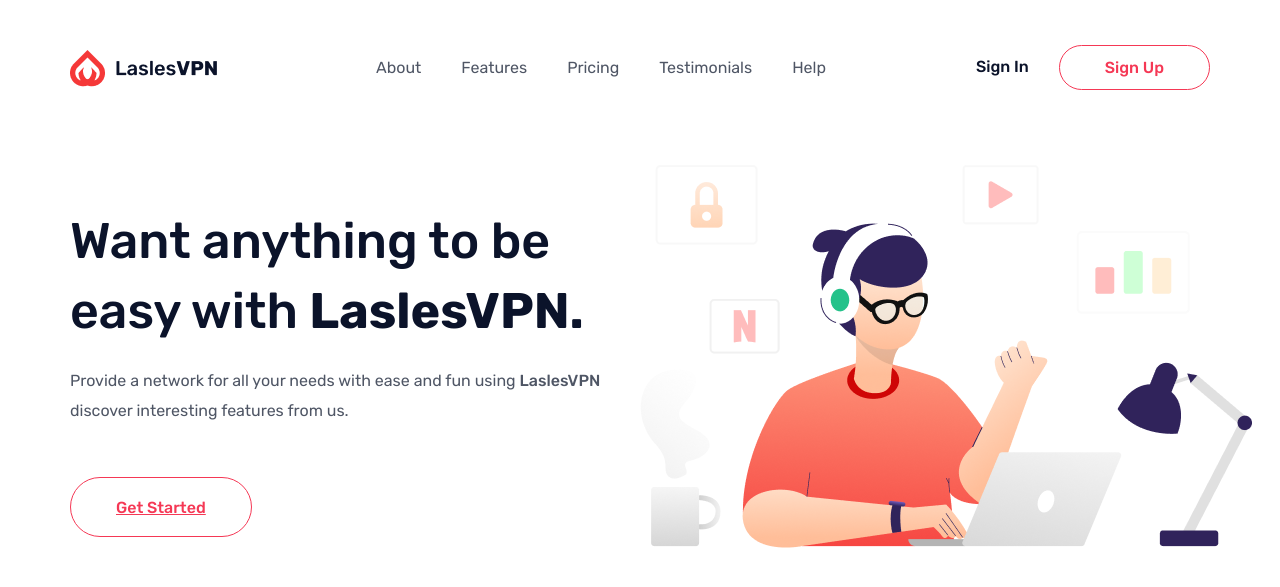
Repository: nafiesallahu/beetroot-fe-g1
Page: Homework10/index.html
The author's editor kept a copy of each file at every save. The page is drawn from the files as they stood at one save, then again after the next save.
The browser window is 1280 px wide. The pictures show the whole page.

Above is the page before, as saved 2021-01-27 19:30:38.

### Homework10/index.html
<!DOCTYPE html>
<html lang="en">

<head>
  <meta charset="UTF-8">
  <meta name="viewport" content="width=device-width, initial-scale=1.0">
  <title>Lasless VPN</title>
  <link rel="preconnect" href="https://fonts.gstatic.com">
  <link href="https://fonts.googleapis.com/css2?family=Rubik:ital,wght@0,400;0,500;0,700;1,400;1,500;1,700&display=swap" rel="stylesheet">
  <link rel="stylesheet" href="./styles/style.css">
</head>

<body>
  <header class="main-header">
    <div class="container">
      <a href="index.html" class="logo">
        <img src="images/Logo.png" alt="LaslesVPN">
      </a>
      <nav class="main-nav">
        <ul>
          <li><a href="#">About</a></li>
          <li><a href="#">Features</a></li>
          <li><a href="#">Pricing</a></li>
          <li><a href="#">Testimonials</a></li>
          <li><a href="#">Help</a></li>
        </ul>
        <div class="nav-buttons">
          <a href="#" class="btn btn--link">Sign In</a>
          <a href="#" class="btn">Sign Up</a>
        </div>
      </nav>
    </div>
  </header>
  <main class="main-content">
    <section class="hero">
      <div class="container">
        <div class="hero__text">
          <h1>Want anything to be easy with <span>LaslesVPN.</span></h1>
          <p>Provide a network for all your needs with ease and fun using <span>LaslesVPN</span> discover interesting features from us.</p>
          <a href="#" class="btn">Get Started</a>
        </div>
        <div class="hero__image">
          <img src="images/illustration_1.png" alt="illustration_1.png">
        </div>
      </div>
    </section>
  </main>
</body>

</html>

### Homework10/styles/style.css
/* http://meyerweb.com/eric/tools/css/reset/
   v2.0 | 20110126
   License: none (public domain)
*/

html, body, div, span, applet, object, iframe,
h1, h2, h3, h4, h5, h6, p, blockquote, pre,
a, abbr, acronym, address, big, cite, code,
del, dfn, em, img, ins, kbd, q, s, samp,
small, strike, strong, sub, sup, tt, var,
b, u, i, center,
dl, dt, dd, ol, ul, li,
fieldset, form, label, legend,
table, caption, tbody, tfoot, thead, tr, th, td,
article, aside, canvas, details, embed,
figure, figcaption, footer, header, hgroup,
menu, nav, output, ruby, section, summary,
time, mark, audio, video {
	margin: 0;
	padding: 0;
	border: 0;
	font-size: 100%;
	font: inherit;
	vertical-align: baseline;
}
/* HTML5 display-role reset for older browsers */
article, aside, details, figcaption, figure,
footer, header, hgroup, menu, nav, section {
	display: block;
}
body {
	line-height: 1;
}
ol, ul {
	list-style: none;
}
blockquote, q {
	quotes: none;
}
blockquote:before, blockquote:after,
q:before, q:after {
	content: '';
	content: none;
}
table {
	border-collapse: collapse;
	border-spacing: 0;
}

/* ========================================================== */

* {
  box-sizing: border-box;
}

body {
  font-family: 'Rubik', sans-serif;
}
.main-header {
  float: left;
  width: 100%;
  padding-top: 45px;
  padding-bottom: 45px;
}
.container {
  width: 100%;
  max-width: 1140px;
  margin:0 auto;
}
.main-nav a {
  text-decoration: none;
}
.main-nav ul {
  float: left;
  margin-left: 157px;
  padding-top: 13px;
}
.main-nav ul li {
  margin-right: 40px;
  float: left;
}
.main-nav ul li a{
  font-size: 16px;
  line-height: 19px;
  color: #4F5665;
}
.logo {
  float: left;
  margin-top:5px;
}
.nav-buttons {
  float: right;
}
.btn {
  color: #F53855;
  font-size: 16px;
  padding-left: 45px;
  padding-right: 45px;
  height: 45px;
  line-height: 43px;
  border: 1px solid #F53855;
  float: left;
  border-radius: 50px;
  font-weight: 500;
}
.btn--link {
  padding-left: 0;
  padding-right: 0;
  border:0;
  margin-right:30px;
  color: #0B132A;
}

/* HERO */
.hero {
  float: left;
  width: 100%;
}
.hero__text {
  float: left;
  width:50%;
  padding-top:71px;
}
.hero__image {
  float: left;
  width:50%;
  padding-top:30px;

}

.hero__text h1 {
  font-weight: 500;
  font-size: 50px;
  line-height: 70px;
  color: #0B132A;
  margin-bottom: 20px;
}
.hero__text p {
  font-size: 16px;
  color: #4F5665;
  line-height: 1.9em;
  margin-bottom: 50px;
}
.hero__text h1 span {
  font-weight: bold;
}
.hero__text p span {
  font-weight: 500;
}

.hero__text .btn {
  float: left;
  height: 60px;
  line-height: 60px;
}

After the next save:
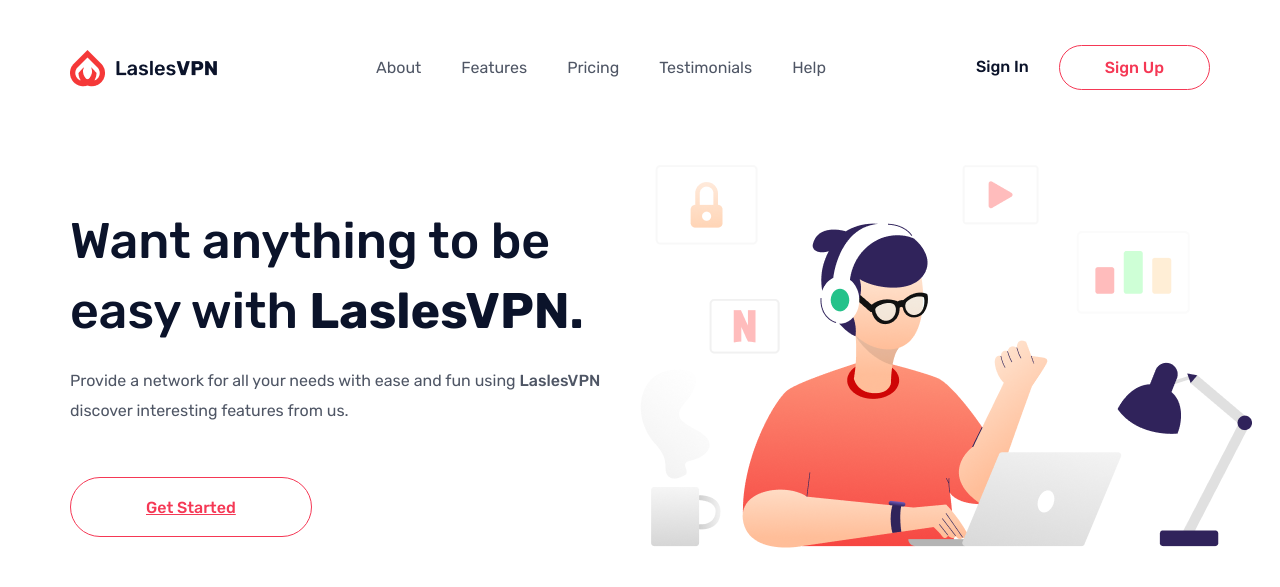
Saved 48 s later.
--- a/Homework10/styles/style.css
+++ b/Homework10/styles/style.css
@@ -152,4 +152,6 @@
   float: left;
   height: 60px;
   line-height: 60px;
+  padding-left: 75px;
+  padding-right: 75px;
 }
